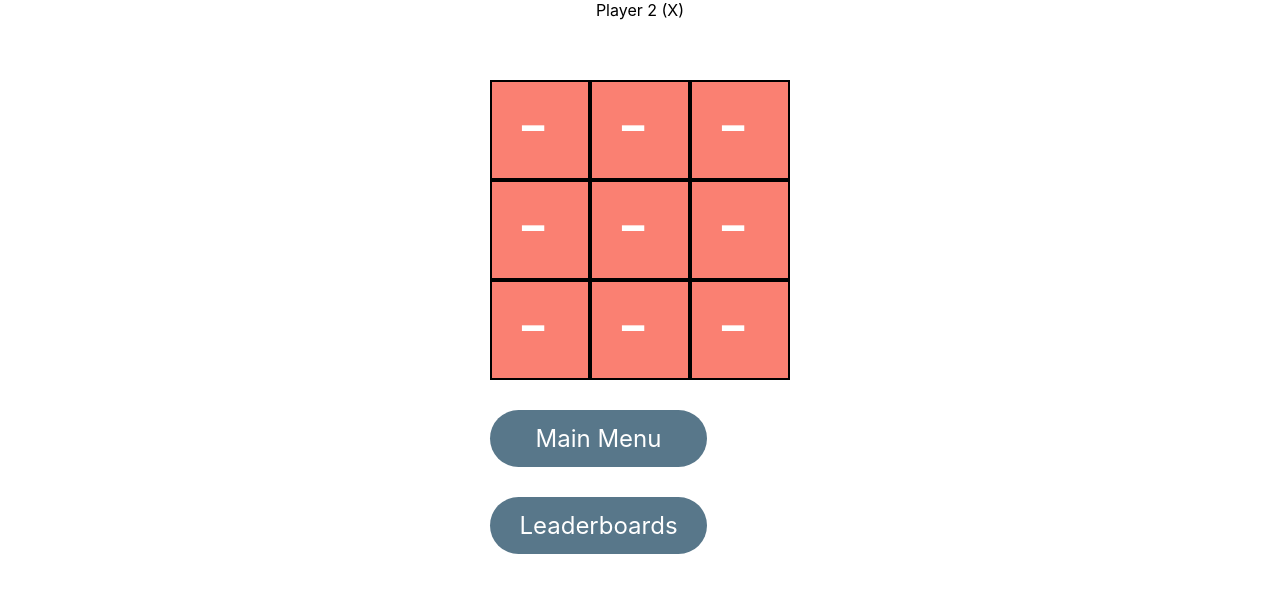
Repository: DawsonGosse/DecisionsGame
Page: /tictacgame (app in web/)
The author's editor kept a copy of each file at every save. The page is drawn from the files as they stood at one save, then again after a run of saves.
The browser window is 1280 px wide. The pictures show the whole page.
The project was rebuilt for these pictures with package versions that can differ from the ones it lists, and the page was loaded fresh each time. The framework's server and built-in components were replaced by stand-ins that run in the browser. Also part of the build but not shown: web/next.config.js.

Above is the page before, as saved 2022-01-14 12:37:05.

### web/pages/tictacgame.js
import Game from "../comps/TicTacToe/Game"

export default function TicTacToe() {

    return(
        <div className="MainCont">
            <Game/>
        </div>
    )
}

### web/styles/globals.css
html,
body {
  padding: 0;
  margin: 0;
  font-family: -apple-system, BlinkMacSystemFont, Segoe UI, Roboto, Oxygen,
    Ubuntu, Cantarell, Fira Sans, Droid Sans, Helvetica Neue, sans-serif;
}

a {
  color: inherit;
  text-decoration: none;
}

* {
  box-sizing: border-box;
}

/*************** TIC TAC TOE ***************/

.MainCont{
  display: flex;
  flex-direction: column;
  justify-content: center;
  align-items: center;
  height: screen;
}

.square{
  display: flex;
  flex-wrap: wrap;
  width: 300px;
  height:300px;
  background-color: aquamarine;
}

.innerSquares{
  background-color: salmon;
  border: 2px black solid;
  width:100px;
  height:100px;
  position: relative;
}

.placeholder{
  position: absolute;
  font-size: 70px;
  color:white;
  margin-left: 25px;
}

### web/comps/TicTacToe/Game.js
import { useState } from "react"
import styled from "styled-components"
import Square from "./Square"
import Button from "../Button"

// Grid/Playing Field
const INITIAL_GRID = [
    ['-','-','-'],
    ['-','-','-'],
    ['-','-','-'],
]

// Page Layout
const Container = styled.div`
    display:flex;
    flex-direction: column;
    justify-content:center;
    align-items:center;
    margin-top: 60px;
`

const Buttons = styled.div`
    display:flex;
    flex-direction: column;
    justify-content:center;
    align-items:center;
    margin-top: 30px;
`
const LeaderButton = styled.div`
    display: flex;
    flex-direction: column;
    align-items: center;
    justify-content: center;
    padding-top: 30px;
`


//Setup for turns and ending games
const Game = props=>{
    const [grid, setGrid] = useState(INITIAL_GRID)
    const [turn, setTurn] = useState(Math.random()>0.5?
    false:true);
    const [gameEnd, setGameEnd] = useState(false);
    const [gameWinner, setGameWinner] = useState(null);
    /*
    turn = false => player1 (o)
    turn = true =< player2 (x)
    */


// See if lines has 3 in a row
    const checkLines = (newGrid)=>{
        for(let i=0; i<3; i++){
        let o = 0;
        let x = 0;
            for(let j=0; j<3; j++){
                if(newGrid[i][j] === 'X') x++
                if(newGrid[i][j] === 'O') o++;
            }
            if (x === 3){
              return 'X';
            }
            else if(o === 3){
               return 'O';
            }
        }
        return null;
    }

    // See if columns has 3 in a row
    const checkColumns = (newGrid)=>{
        for(let i=0; i<3; i++){
        let x = 0;
        let o = 0;
            for(let j=0; j<3; j++){
                if(newGrid[j][i] === 'X') x++
                else if(newGrid[j][i] === 'O') o++;
            }
            if (x === 3){
              return 'X';
            }
            if(o === 3){
               return 'O';
            }
        }
        return null;
    }

    // See if both directions of diagonal lines have 3 in a row
    const checkDiagonals = (newGrid)=>{
        // First diagonal
        let x = 0;
        let o = 0;
        for(let i=0; i<3; i++){
            if(newGrid[i][i] === 'X') x++
            if(newGrid[i][i] === 'O') o++;
        }
        if ( x === 3) return 'X'
        else if( o === 3) return 'O';
        // Second diagonal
        x,o = 0;
        for(let i=0; i<3; i++){
            if(newGrid[i][2-i] === 'X') x++
            if(newGrid[i][2-i] === 'O') o++;
        }
        if (x === 3) return 'X';
        else if(o === 3) return 'O';

        return null;

    }


    const setValue = (i,j) =>{
        const newGrid = [...grid];
        if(newGrid[i][j]!='-') return;
        newGrid[i][j] = !turn?'O':'X';
        setGrid(newGrid)
        setTurn(!turn)

        /*
        Who is the winner?
        */

       let winner = null;
       winner = checkLines(newGrid);
       console.log(checkLines(newGrid), checkColumns(newGrid)
       ,checkDiagonals(newGrid))
       if(winner === null)  winner = checkColumns(newGrid);
       if(winner === null)  winner = checkDiagonals(newGrid);

       if(winner){
           setGameEnd(true);
           setGameWinner(winner)
           setGrid(INITIAL_GRID);
        }
    }



    return(
        <>
            {
                gameEnd?(
                    <div>
                        the {gameWinner==='X'?'Player 1 (X)':'Player 2 (O)'} Won The Game!
                        </div>
                ):(
                    <div>
                        {!turn?"Player 1 (O) :":"Player 2 (X)"}
                    </div>
                )
            }
            <Container>
                <div className="square">
                        {
                            grid.map((gLine, i)=>{
                                return(
                                    gLine.map((el,j)=>{
                                        return(
                                            <Square
                                            label = {el}
                                            i={i}
                                            j={j}
                                            setValue={setValue}
                                            />
                                        )
                                    })
                                )
                            })
                        }
                        <Buttons>
                            <Button text="Main Menu" routeTo="/"></Button>
                            <LeaderButton>
                                <Button text="Leaderboards" routeTo="/leaderboard"></Button>
                                <br></br>
                            </LeaderButton>
                        </Buttons>
                </div>
            </Container>
        </>
    )
}

export default Game;

### web/comps/TicTacToe/Square.js
import React from "react";
import styled from "styled-components";


const Square = ({label,i,j,setValue})=>{
    return(

        <div className="innerSquares" onClick={()=>setValue(i,j)}>
            <div className="placeholder">
                {label}
            </div>
        </div>
    )
}

export default Square;

### web/comps/Button/index.js
import React from 'react';
import styled from 'styled-components';
import {useRouter} from 'next/router';

const Container = styled.div`
    display: flex;
    justify-content: center;
    align-items: center;
    width: 217px;
    height: 57px;
    background-color: ${props=>props.bgcolor};
    border-radius: 28.5px;
`

const TextCont = styled.div`
    font-size: 24px;
    color: #FFFFFF;
    text-align: center;
`

const Button = ({
    bgcolor='#58778A',
    text="Start Game",
    routeTo="/rpsgame",

}) => {

    const router = useRouter();

    return <Container bgcolor={bgcolor} onClick={()=>router.push(routeTo)}>
        <TextCont>{text}</TextCont>
    </Container>
}

export default Button;

Loaded but not shown: web/pages/_app.js (common file)

After the next 3 saves:
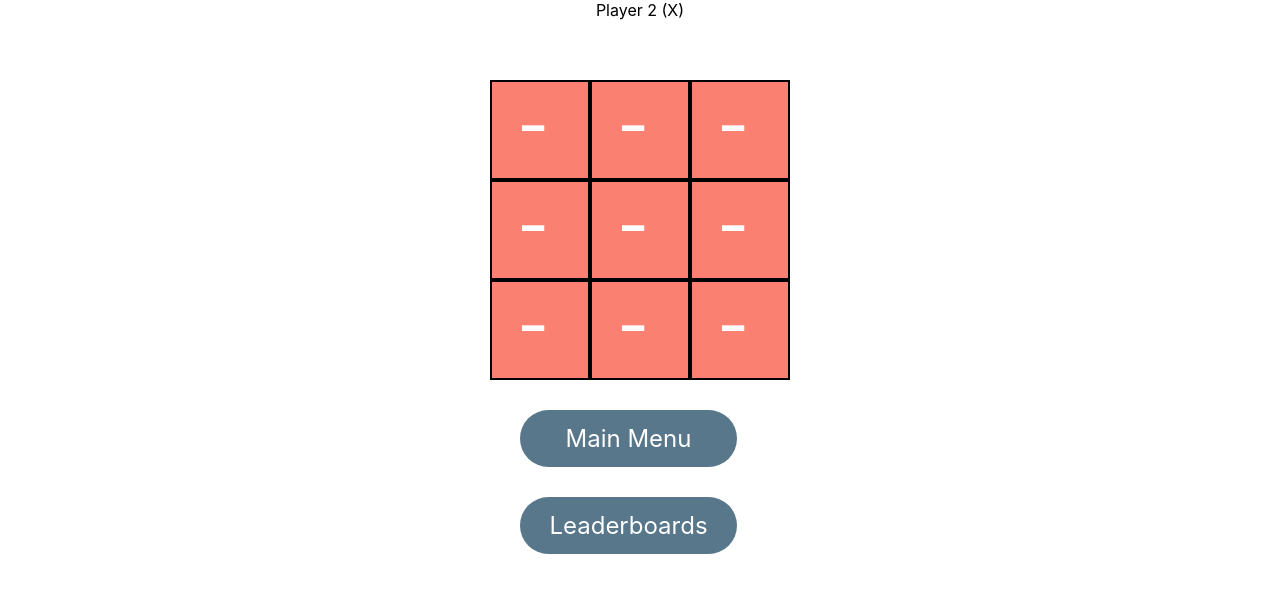
The 3 saves are shown as one change because they came seconds apart.
The last was saved 25 s later.
--- a/web/comps/TicTacToe/Game.js
+++ b/web/comps/TicTacToe/Game.js
@@ -25,6 +25,7 @@ const Buttons = styled.div`
     justify-content:center;
     align-items:center;
     margin-top: 30px;
+    padding-left: 30px;
 `
 const LeaderButton = styled.div`
     display: flex;
